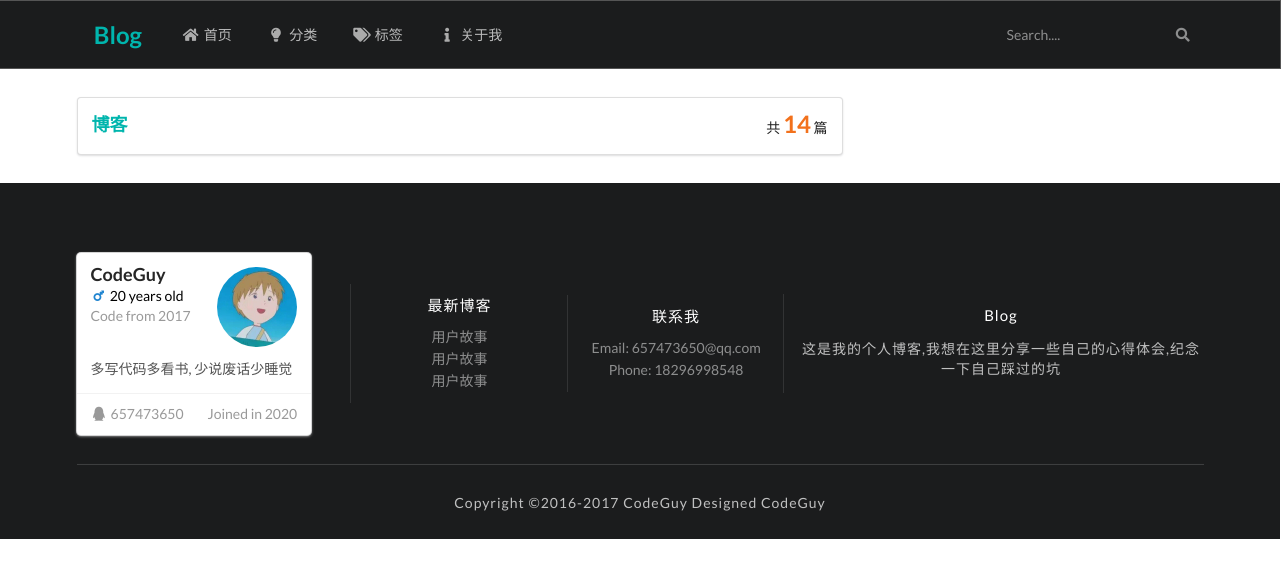
Repository: GOGOHQ/myblog
Page: index.html
These files come from the project's save history. The page is drawn as it stood at one moment and after the next save; the edit follows.
The browser window is 1280 px wide. The page is 1281 px wide, so the pictures cover 1281 px, including what lies to the right of the window. The pictures show the whole page.
Some web libraries are served in a nearby version.

Above is the page before, as saved 2020-01-16 19:06:14.

After the next save:
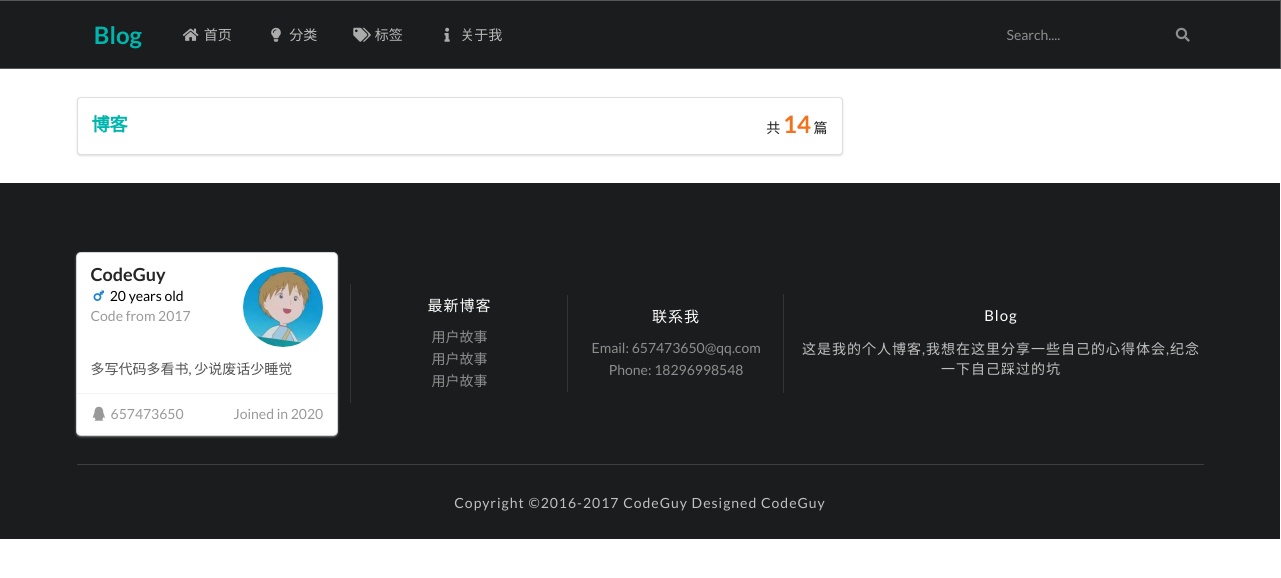
Saved 32 s later.
--- a/index.html
+++ b/index.html
@@ -54,8 +54,8 @@
 <!-- 底部 -->
 <footer class="ui inverted vertical segment m-padded-tb-massive">
     <div class="ui center aligned container" style="height:230px">
-        <div class="ui inverted divided grid fluid">
-            <div class="four wide column left aligned" style="padding-right: 40px;">
+        <div class="ui center aligned inverted divided grid fluid">
+            <div class="four wide column left aligned">
                 <div class="ui card">
                     <div class="content">
                         <img class="right circular floated tiny ui image" src="static/images/avatar.jpg">
